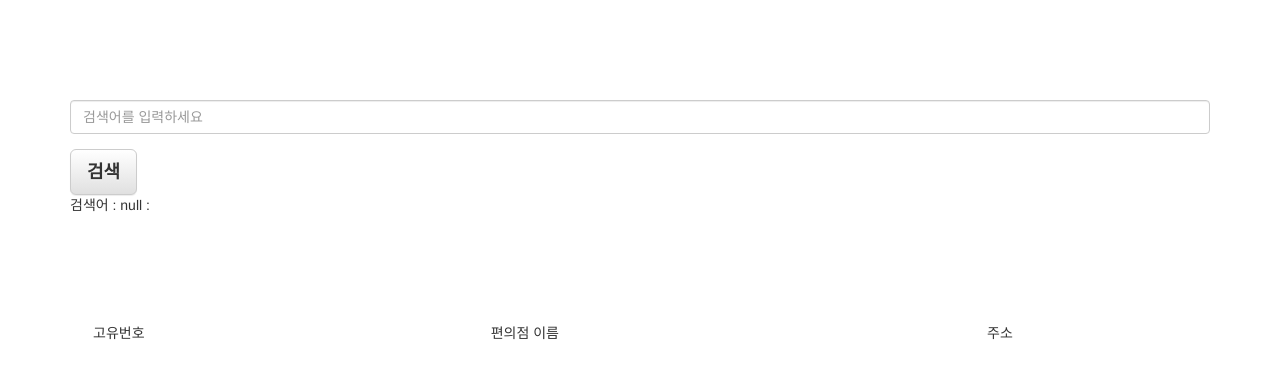
Repository: kimjaejoo/Tacademy
Page: http://localhost/Hello/searchForm.jsp
The author's editor kept a copy of each file at every save. The page is drawn from the files as they stood at one save, then again after the next save.
The browser window is 1280 px wide. The pictures show the whole page.
Some web libraries are served in a nearby version. The page is served by Tomcat 9.

Above is the page before, as saved 2016-11-03 08:28:43.

After the next save:
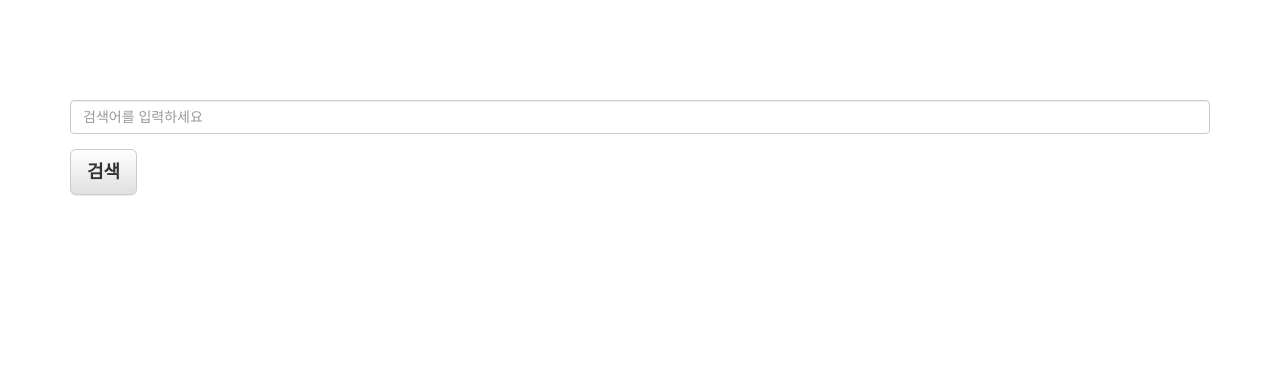
Saved 41 s later.
--- a/Hello/WebContent/searchForm.jsp
+++ b/Hello/WebContent/searchForm.jsp
@@ -70,7 +70,6 @@
 					<button id="searchBtn" class="btn btn-default btn-lg">검색</button>
 			</div>
 		</form>
-		<%@ include file="result2.jsp" %>
 	</div>
 </body>
 </html>
